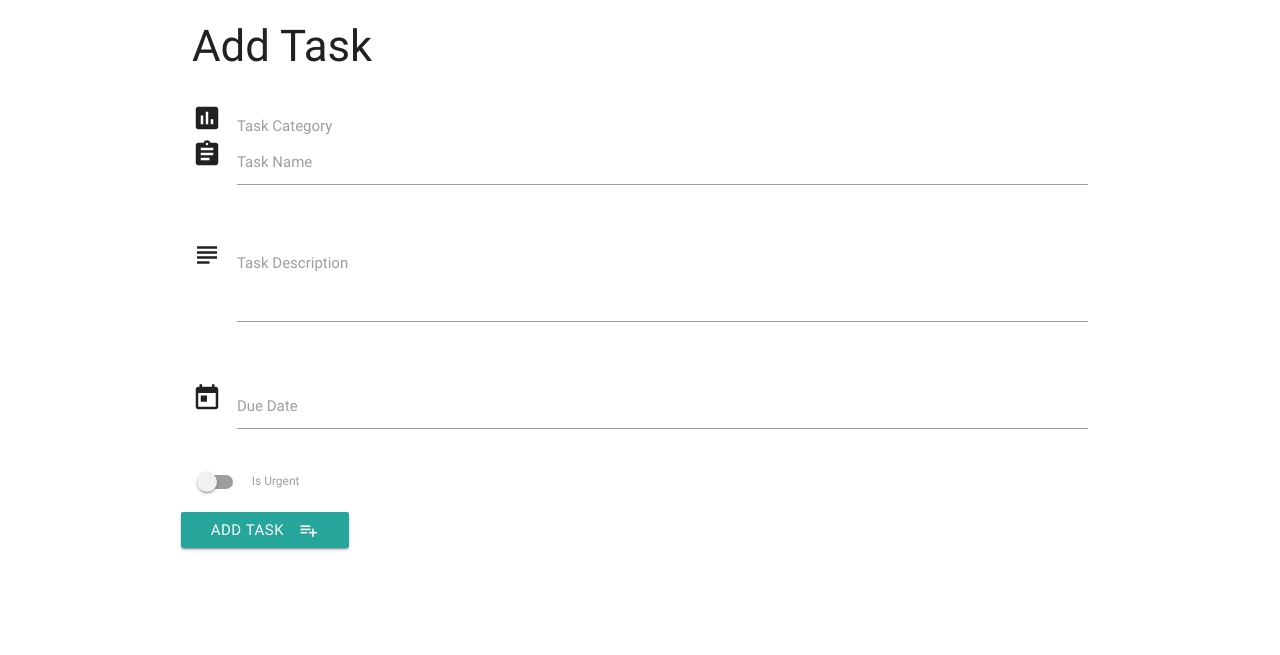
Repository: benbourgeois/task-manager
Page: http://localhost/add_task
The author's editor kept a record of every edit. The page is drawn from the files as they stood at one moment, then again after the next edit.
The browser window is 1280 px wide. The pictures show the whole page.
Some web libraries are served in a nearby version. The page is served by the project's application, run on Flask 3 (app.py). Queries for data that is not in the repository find no rows.

Above is the page before.
Console error: TypeError: $(...).formSelect is not a function

After the next edit:
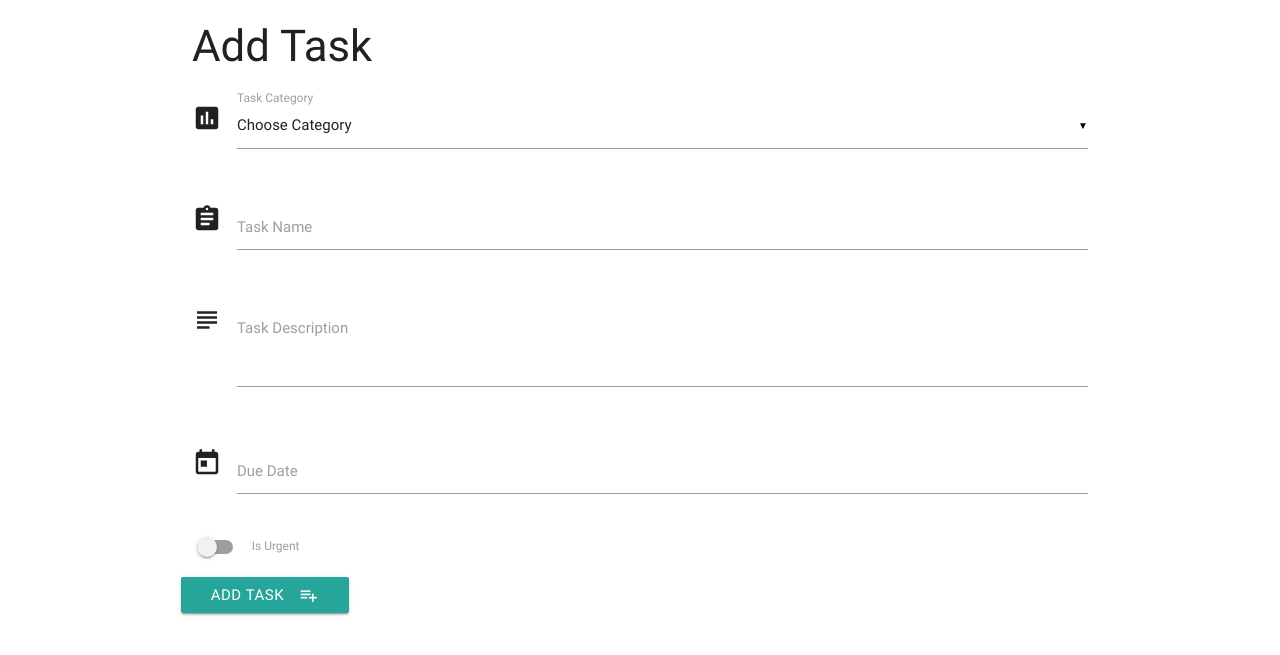
The error is gone.
The edit:
--- a/templates/base.html
+++ b/templates/base.html
@@ -18,7 +18,7 @@
             <script type="text/javascript">
                 $(document).ready(function() {
                     $('.collapsible').collapsible();
-                    $('select').formSelect();
+                    $('select').material_select();
                 });
 
                 $('.datepicker').pickadate({
